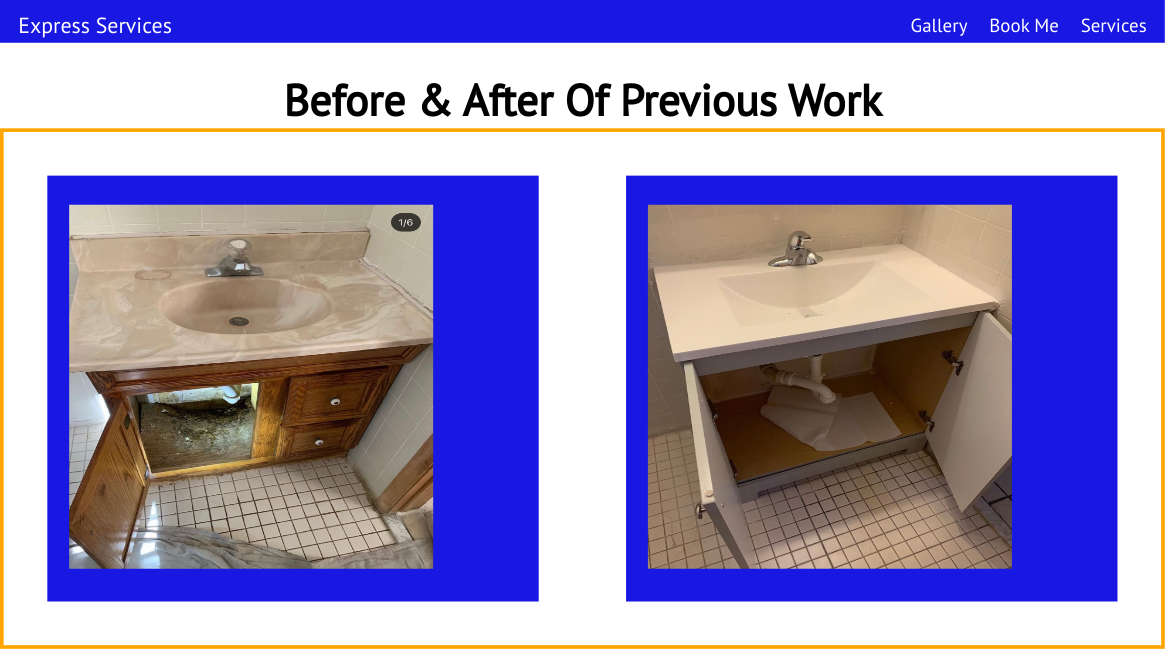
Repository: DrummerDee/mir-miami
Page: /Gallery (app in mr-miami/)
An editor plug-in stored every save of this project. The page is shown before and after the next save, followed by the edit.
The browser window is 1280 px wide. The pictures show the whole page, at 91% of full size.
The project was rebuilt for these pictures with package versions that can differ from the ones it lists, and the page was loaded fresh each time. Also part of the build but not shown: mr-miami/src/Styles/Services.css, mr-miami/src/Components/Services.js, mr-miami/src/Components/Homepage.js, mr-miami/src/Styles/Calendar.css, mr-miami/src/Styles/Times.css, mr-miami/src/Components/Times.js, mr-miami/src/Components/Time.js, mr-miami/src/Components/BookMe.js.

Above is the page before, as saved 2022-09-08 22:28:29.

After the next save:
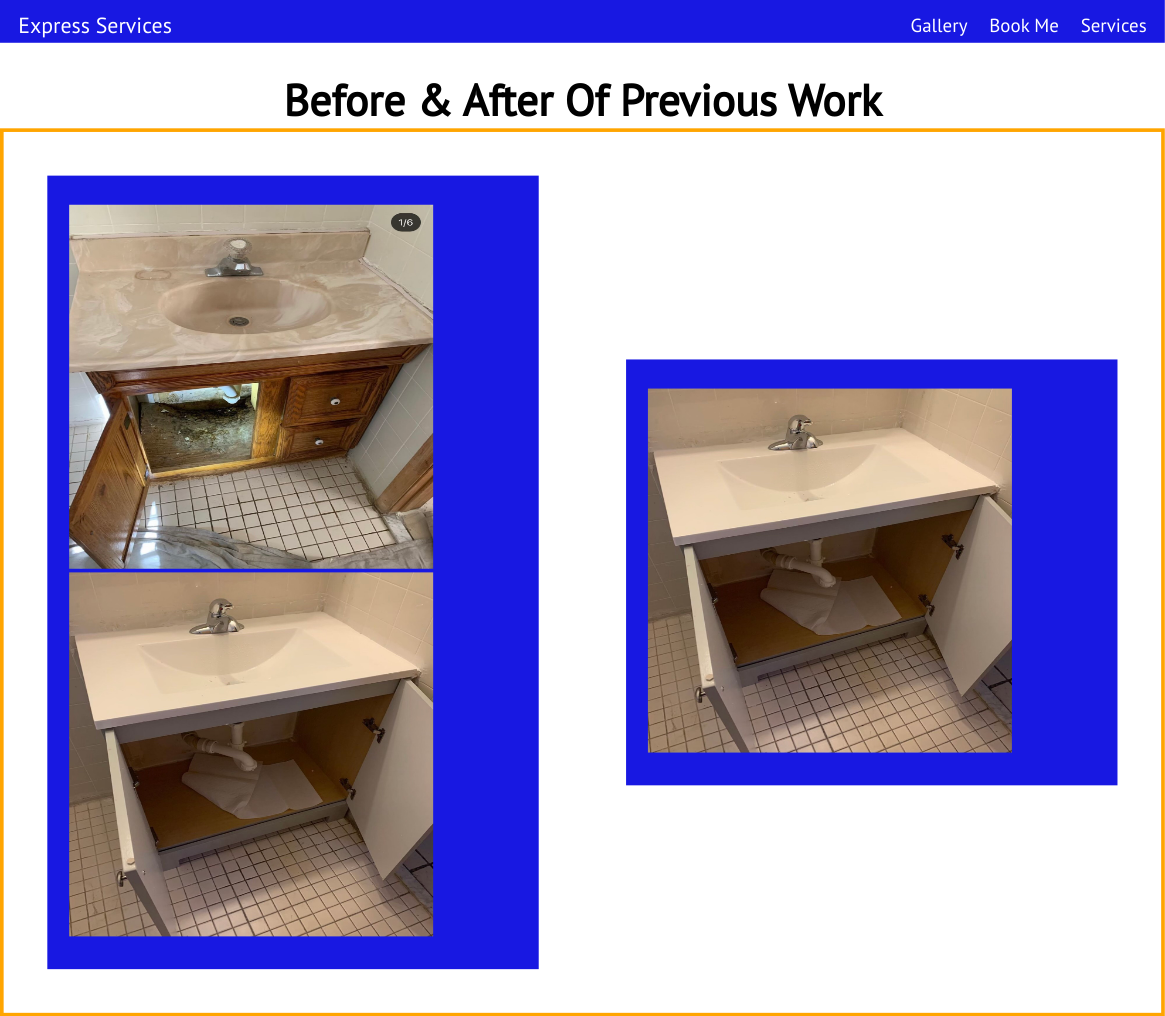
Saved 5 min 55 s later.
--- a/mr-miami/src/Components/Gallery.js
+++ b/mr-miami/src/Components/Gallery.js
@@ -19,6 +19,13 @@ function Gallery() {
                 <div className='frame'>
                         <LazyLoadImage
                             src={sinkbefore}
+                            width={400}
+                            height={400}
+                            effect = 'blur'
+                            alt='broken sink'
+                        />
+                        <LazyLoadImage
+                            src={sinkafter}
                             width={400}
                             height={400}
                             effect = 'blur'
